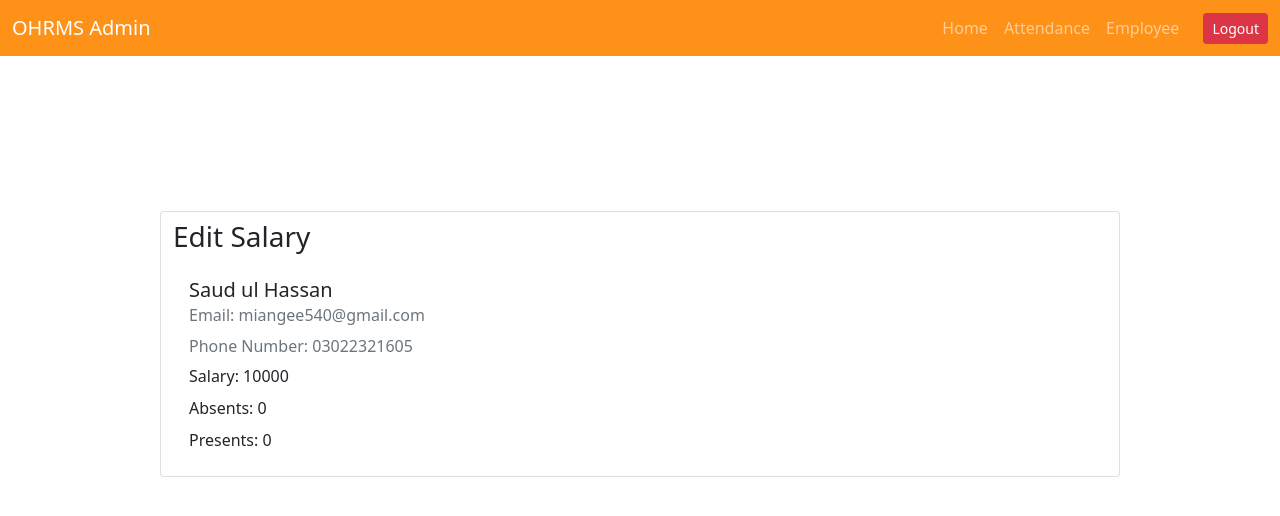
Repository: SaudCh/PHP-OHRMS
Page: http://localhost/admin/edit-salary?id=49
These files come from the project's save history. The page is drawn as it stood at one moment and after the next save; the edit follows.
The browser window is 1280 px wide. The pictures show the whole page.
Some web libraries are served in a nearby version. The page is run by PHP 8.4 with error messages shown; the project is at /var/www/html/. The session is filled in as if someone had signed in: {"admin": "admin@ohrm.com"}. Other server files are loaded and not shown. The database holds what the project's SQL file puts in it. Queries for data that is not in the repository find no rows.

Above is the page before, as saved 2022-06-05 22:41:19.

### admin/edit-salary.php
<!DOCTYPE html>
<html lang="en">

<head>
    <meta charset="UTF-8">
    <meta http-equiv="X-UA-Compatible" content="IE=edge">
    <meta name="viewport" content="width=device-width, initial-scale=1.0">
    <?php require "../assets/includes/link.includes.php" ?>

    <title>OHRMS</title>
</head>

<body>
    <?php require "./assets/Components/header.php" ?>
    <div class="container-fluid">
        <div class="row align-items-center justify-content-center" style="min-height: 80vh;">

            <div class="card col-11 col-md-9">
                <div class="d-flex align-items-center justify-content-between mt-2">
                    <h3>Edit Salary</h3>

                </div>
                <?php
                $id = $_GET['id'];
                $sql = "select * from employee where empId = '$id'";
                $results = mysqli_query($con, $sql);
                $rescheck = mysqli_num_rows($results);
                if ($rescheck > 0) {
                    while ($row = mysqli_fetch_assoc($results)) {
                ?>
                        <div class="card-body">
                            <h5 class="card-title"><?= $row["name"] ?></h5>
                            <h6 class="card-subtitle mb-3 text-muted">Email: <?= $row['emailAddress'] ?></h6>
                            <h6 class="card-subtitle mb-2 text-muted">Phone Number: <?= $row['phoneNumber'] ?></h6>
                            <p class="card-text p-0 m-0 mb-2">Salary: <?= $row['salary'] ?></p>


                    <?php }
                } ?>

                    <?php
                    $absent = 0;
                    $present = 0;

                    $id = $_GET['id'];
                    $sql = "select * from attendance where empId = '$id' and date > '2022-05-1'";
                    $results = mysqli_query($con, $sql);
                    $rescheck = mysqli_num_rows($results);
                    if ($rescheck > 0) {
                        while ($row = mysqli_fetch_assoc($results)) {
                            if ($row['status'] == 'Present') {
                                $present++;
                            } else {
                                $absent++;
                            }
                        }
                    }
                    ?>

                    <p class="card-text p-0 m-0 mb-2">Absents: <?= $absent ?></p>
                    <p class="card-text p-0 m-0 mb-2">Presents: <?= $present ?></p>
                        </div>

            </div>
        </div>
    </div>
</body>

</html>

### assets/includes/link.includes.php
<link href="https://cdn.jsdelivr.net/npm/bootstrap@5.0.2/dist/css/bootstrap.min.css" rel="stylesheet" integrity="sha384-EVSTQN3/azprG1Anm3QDgpJLIm9Nao0Yz1ztcQTwFspd3yD65VohhpuuCOmLASjC" crossorigin="anonymous">
<script src="https://cdn.jsdelivr.net/npm/bootstrap@5.0.2/dist/js/bootstrap.bundle.min.js" integrity="sha384-MrcW6ZMFYlzcLA8Nl+NtUVF0sA7MsXsP1UyJoMp4YLEuNSfAP+JcXn/tWtIaxVXM" crossorigin="anonymous"></script>
<script src="https://cdn.jsdelivr.net/npm/@popperjs/core@2.9.2/dist/umd/popper.min.js" integrity="sha384-IQsoLXl5PILFhosVNubq5LC7Qb9DXgDA9i+tQ8Zj3iwWAwPtgFTxbJ8NT4GN1R8p" crossorigin="anonymous"></script>
<script src="https://cdn.jsdelivr.net/npm/bootstrap@5.0.2/dist/js/bootstrap.min.js" integrity="sha384-cVKIPhGWiC2Al4u+LWgxfKTRIcfu0JTxR+EQDz/bgldoEyl4H0zUF0QKbrJ0EcQF" crossorigin="anonymous"></script>

<script src="https://kit.fontawesome.com/5d60ba127b.js" crossorigin="anonymous"></script>

<link rel="stylesheet" href="./assets/css/style.css" type="text/css">
<link rel="stylesheet" href="./assets/css/footer.css" type="text/css">
<style>
    .link {
        text-decoration: none;
    }
</style>

### admin/assets/Components/header.php
<?php
session_start();
$email = '';

include '../assets/config/dbconfig.php';

if (isset($_SESSION['admin'])) {
    $email = $_SESSION['admin'];
} else {
    header("location: login");
}
?>
<nav class="navbar navbar-expand-lg navbar-dark" style="background-color: #fe9117;">
    <div class="container-fluid">
        <a class="navbar-brand" href="index">OHRMS Admin</a>
        <button class="navbar-toggler" type="button" data-bs-toggle="collapse" data-bs-target="#navbarSupportedContent" aria-controls="navbarSupportedContent" aria-expanded="false" aria-label="Toggle navigation">
            <span class="navbar-toggler-icon"></span>
        </button>
        <div class="collapse navbar-collapse" id="navbarSupportedContent">
            <ul class="navbar-nav ms-auto me-3 mb-2 mb-lg-0">
                <li class="nav-item">
                    <a class="nav-link" aria-current="page" href="index">Home</a>
                </li>
                <li class="nav-item">
                    <a class="nav-link" href="attendance">Attendance</a>
                </li>
                <li class="nav-item">
                    <a class="nav-link" href="employee">Employee</a>
                </li>
            </ul>
            <?php

            if (isset($_SESSION['admin'])) {
                echo '<a href="./assets/includes/admin-logout.includes.php" class="btn btn-sm btn-danger">Logout</a>';
            } else {
                echo '<a href="login" class="btn btn-sm btn-success">Login/Register</a>';
            }
            ?>

        </div>
    </div>
</nav>

### assets/config/dbconfig.php
<?php
// Database configuration
$dbHost     = "localhost";
$dbUsername = "root";
$dbPassword = "";
$dbName     = "ohrms";

// $dbHost     = "sql102.epizy.com";
// $dbUsername = "epiz_31455211";
// $dbPassword = "Kr3NNcrNvT9Mx4";
// $dbName     = "epiz_31455211_ohrms";

// Create database connection
$db = new mysqli($dbHost, $dbUsername, $dbPassword, $dbName);
$con=mysqli_connect($dbHost, $dbUsername, $dbPassword,$dbName);

// Check connection
if ($db->connect_error) {
    die("Connection failed: " . $db->connect_error);
}

### assets/css/footer.css
.back-to-top {
  cursor: pointer;
  position: fixed;
  bottom: 30px;
  right: 20px;
  display: none;
  z-index: 10;
}

.footer {
  background-color: #fe9126;
  display: flex;
  color: white;
  z-index: 2;
}

.footer a {
  color: white;
  text-decoration: none;
  font-weight: 500;
}

.footer-links ul {
  text-align: left;
}

.footer-links li {
  list-style: none;
}

.copyright {
  color: white;
  background-color: #fe9126;
}

### sql/ohrms.sql (the tables this page reads)
CREATE TABLE `employee` (
  `empId` int(11) NOT NULL,
  `name` char(50) NOT NULL,
  `phoneNumber` varchar(15) NOT NULL,
  `department` char(10) NOT NULL,
  `emailAddress` varchar(50) NOT NULL,
  `password` varchar(255) NOT NULL,
  `address` varchar(100) NOT NULL,
  `gender` char(10) NOT NULL,
  `salary` int(10) NOT NULL DEFAULT 10000,
  `token` varchar(255) NOT NULL,
  `empStatus` int(1) NOT NULL DEFAULT 0,
  `created` datetime NOT NULL DEFAULT current_timestamp(),
  `tempMail` varchar(20) NOT NULL
) ENGINE=InnoDB DEFAULT CHARSET=utf8mb4;

INSERT INTO `employee` (`empId`, `name`, `phoneNumber`, `department`, `emailAddress`, `password`, `address`, `gender`, `salary`, `token`, `empStatus`, `created`, `tempMail`) VALUES
(49, 'Saud ul Hassan', '03022321605', 'IT', 'miangee540@gmail.com', '$2y$10$tnkPhTnqi.jBUQkl8uiTEePtk4Auc3IYuPundD76d2H41YGcwugUW', '123 B Comsats\r\n123', 'male', 10000, '1bb7c8eb79b1d6be961371dabf6745', 1, '2022-06-13 18:56:53', 'miangee540@gmail.com'),
(51, 'Cedric Sampson', '+16473759896', 'Finance', 'saudchaudhary0@gmail', '$2y$10$8lcl4ARF2QZ6ryeaVm7qlOr02QNJMQFGSRC1rsK8to0F42cu8QcHu', 'Mollitia et et deser', 'female', 21000, '6e4e9ff9110491b8cb7f122b012c2c', 0, '2022-06-13 19:32:44', 'saudchaudhary0@gmail');

ALTER TABLE `employee`
  ADD PRIMARY KEY (`empId`);

ALTER TABLE `employee`
  MODIFY `empId` int(11) NOT NULL AUTO_INCREMENT, AUTO_INCREMENT=52;

Loaded but not shown: assets/css/style.css (common file)

After the next save:
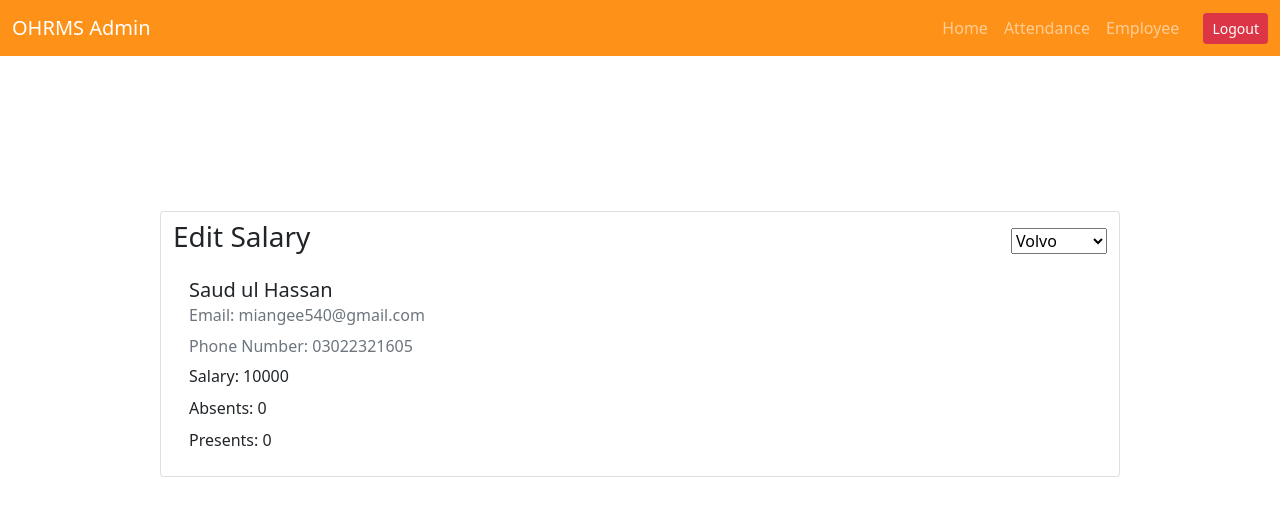
Saved 71 s later.
--- a/admin/edit-salary.php
+++ b/admin/edit-salary.php
@@ -18,7 +18,14 @@
             <div class="card col-11 col-md-9">
                 <div class="d-flex align-items-center justify-content-between mt-2">
                     <h3>Edit Salary</h3>
-
+                    <div>
+                        <select name="cars" id="cars">
+                            <option value="volvo">Volvo</option>
+                            <option value="saab">Saab</option>
+                            <option value="mercedes">Mercedes</option>
+                            <option value="audi">Audi</option>
+                        </select>
+                    </div>
                 </div>
                 <?php
                 $id = $_GET['id'];
